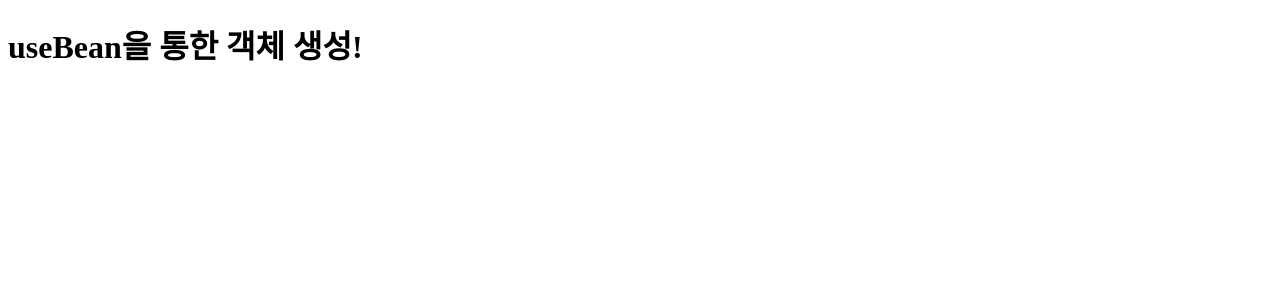
Repository: jmjnssss/CodingTest
Page: http://localhost/Jsp07_EL_JSTL/usebean.jsp
The author's editor kept a copy of each file at every save. The page is drawn from the files as they stood at one save, then again after the next save.
The browser window is 1280 px wide. The pictures show the whole page.
The page is served by Tomcat 9.

Above is the page before, as saved 2021-02-25 00:23:21.

After the next save:
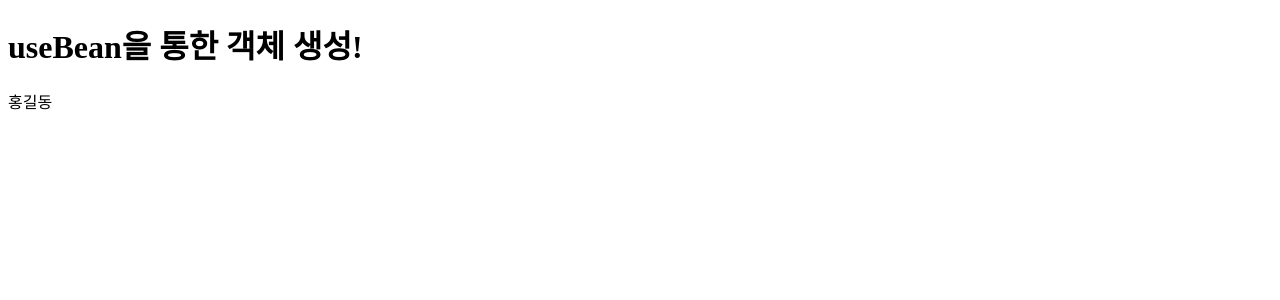
Saved 16 s later.
--- a/Jsp07_EL_JSTL/WebContent/usebean.jsp
+++ b/Jsp07_EL_JSTL/WebContent/usebean.jsp
@@ -20,6 +20,7 @@
 	<!-- sc.setName("홍길동") -->
 	<jsp:setProperty property="name" name="sc" value="홍길동"/><!-- getter, setter -->
 
+	<jsp:getProperty property="name" name="sc"/>
 
 
 </body>
